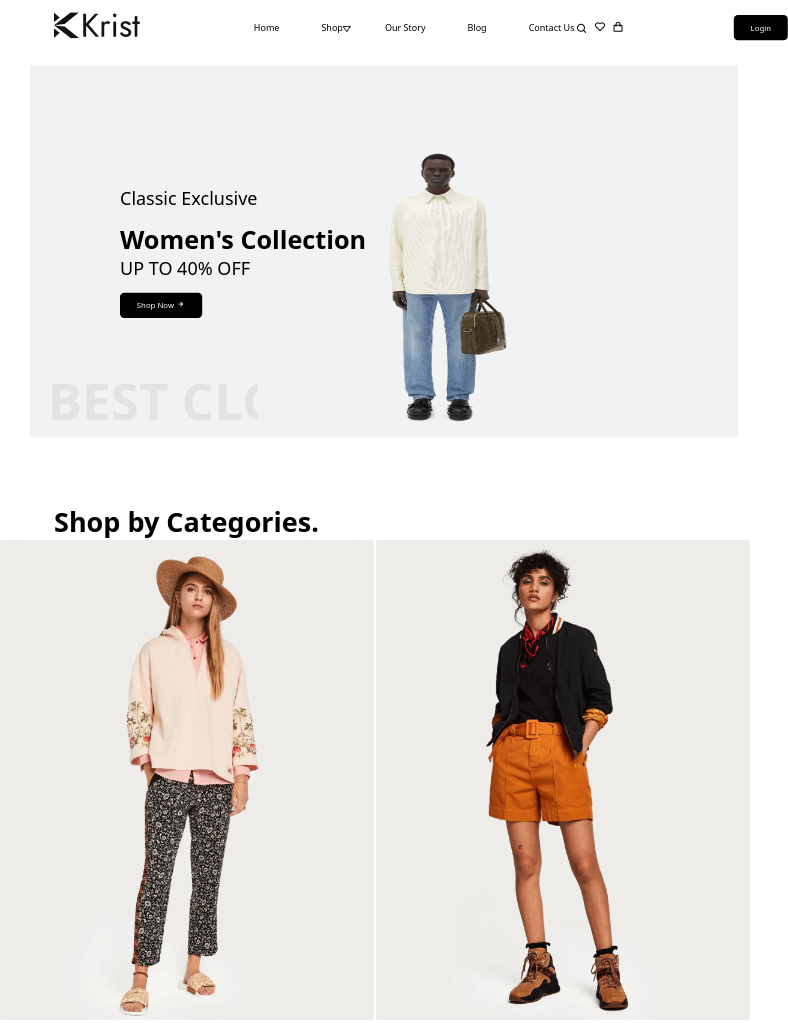
Repository: isaacCodes1/Krist-Website
Page: index.html
These files come from the project's save history. The page is drawn as it stood at one moment and after a run of saves; the edit follows.
The browser window is 1280 px wide. The page is 1313 px wide, so the pictures cover 1313 px, including what lies to the right of the window. The pictures show the whole page, at 60% of full size.

Above is the page before, as saved 2024-04-01 10:45:37.

After the next 2 saves:
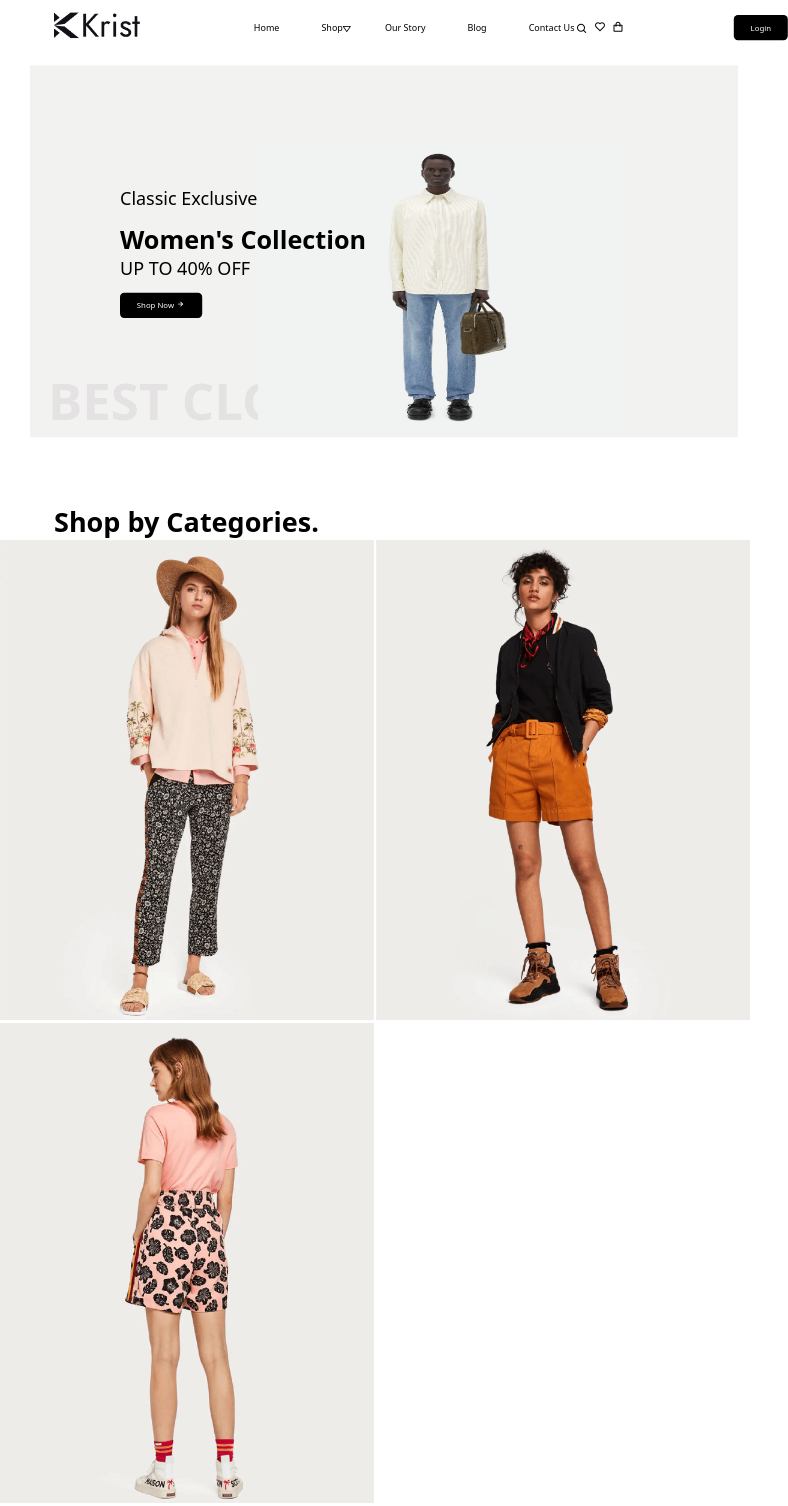
The 2 saves are shown as one change because they came seconds apart.
The last was saved 9 s later.
--- a/index.html
+++ b/index.html
@@ -55,8 +55,9 @@
         <h1>Shop by Categories.</h1>
       </div>
       <div class="cardsImg">
-        <img src="/Assets/1.jpg" alt="">
-        <img src="/Assets/2.jpg" alt="">
+        <img src="/Assets/1.jpg" alt="" />
+        <img src="/Assets/2.jpg" alt="" />
+        <img src="/Assets/3.jpg" alt="" />
       </div>
     </section>
   </body>
